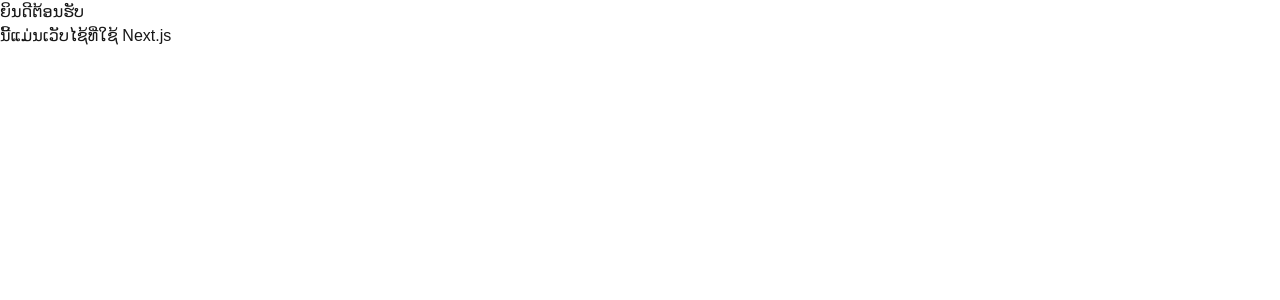
Repository: KongRucifer/SeaFood-Shop
Page: /
These files come from the project's save history. The page is drawn as it stood at one moment and after the next save; the edit follows.
The browser window is 1280 px wide. The pictures show the whole page.
The project was rebuilt for these pictures with package versions that can differ from the ones it lists, and the page was loaded fresh each time. The framework's server and built-in components were replaced by stand-ins that run in the browser. Also part of the build but not shown: next.config.ts.

Above is the page before, as saved 2025-06-24 18:21:27.

After the next save:
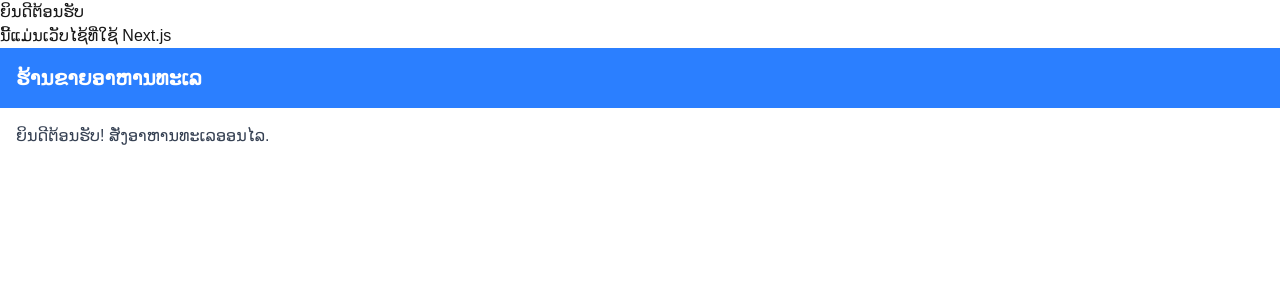
Saved 3 min 5 s later.
--- a/src/app/views/Home.tsx
+++ b/src/app/views/Home.tsx
@@ -5,10 +5,14 @@ export default function Home() {
       <h1>ຍິນດີຕ້ອນຮັບ</h1>
       <p>ນີ້ແມ່ນເວັບໄຊ້ທີ່ໃຊ້ Next.js</p>
 
-      <noscript>
-        <div className="text-red-500">
-          ເບຣົາເຊີຂອງທ່ານປິດ JavaScript ໄວ້ — ໃນບາງສ່ວນຂອງເວັບອາດຈະໃຊ້ງານບໍ່ໄດ້
-        </div>
-      </noscript>
+    <header class="bg-blue-500 text-white p-4">
+  <h1 class="text-xl font-bold">ຮ້ານຂາຍອາຫານທະເລ</h1>
+</header>
+
+<main class="p-4">
+  <p class="text-gray-700">
+    ຍິນດີຕ້ອນຮັບ! ສັ່ງອາຫານທະເລອອນໄລ.
+  </p>
+</main>
     </main>
 }
